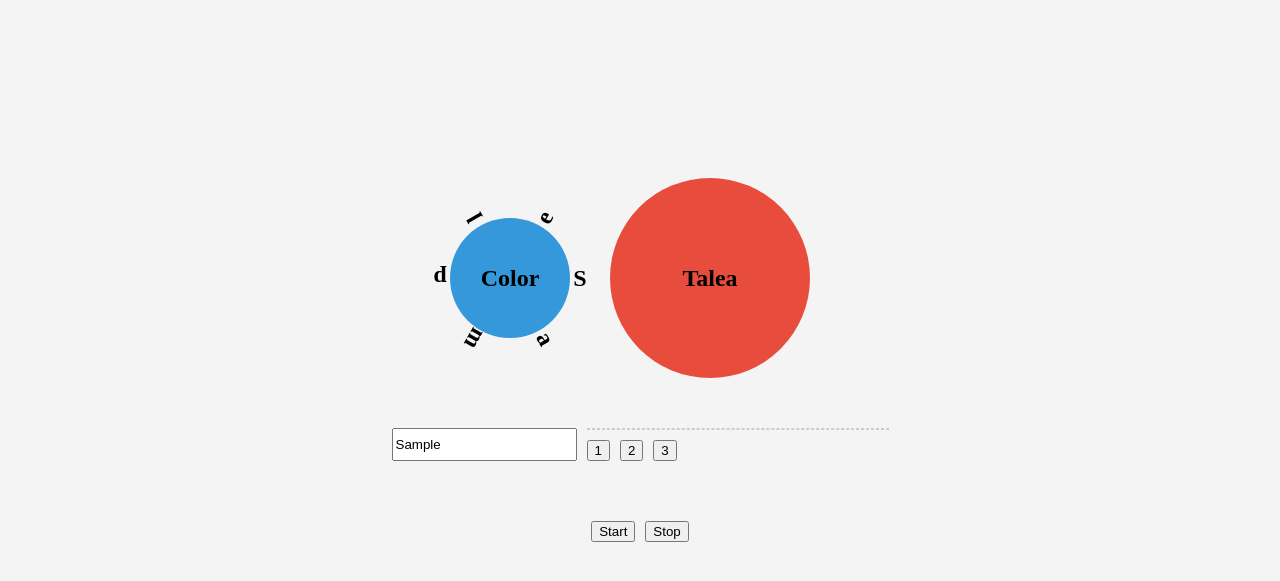
Repository: boshi-an/Isorhythm
Page: .vscode/Isorhythm/index.html
The author's editor kept a copy of each file at every save. The page is drawn from the files as they stood at one save, then again after the next save.
The browser window is 1280 px wide. The pictures show the whole page.
Empty fields were first filled with sample values (such as "Sample", 5 or name@example.com).
After loading, the first visible `#input1` was changed once.

Above is the page before, as saved 2023-10-18 23:19:39.

After the next save:
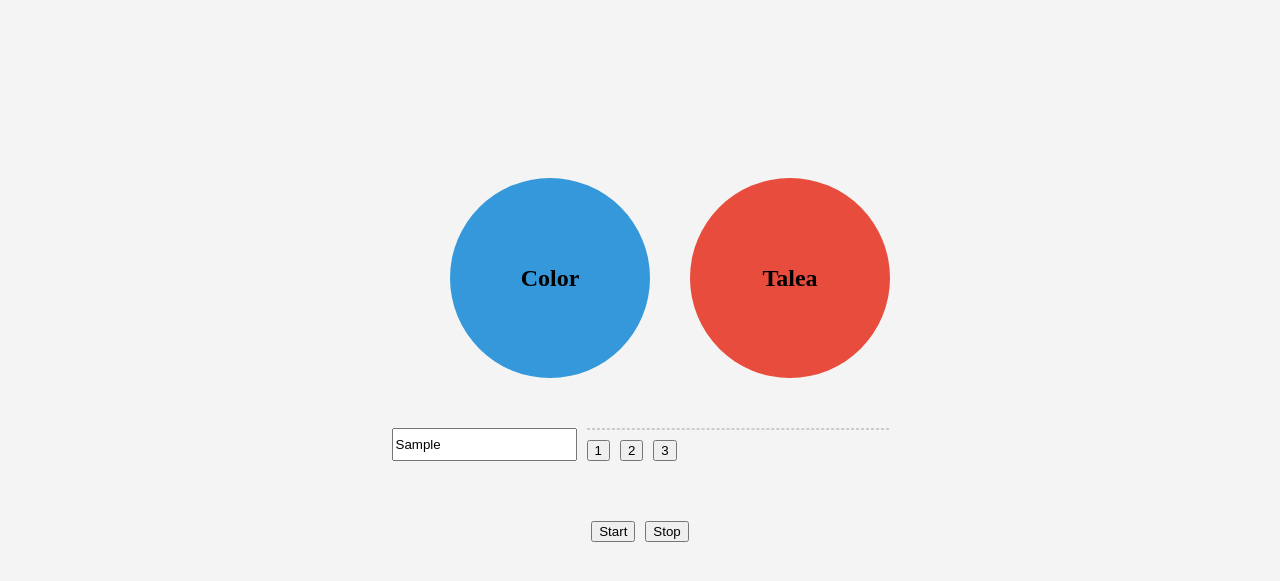
Console error: ReferenceError: inputId is not defined
Saved 70 s later.
--- a/.vscode/Isorhythm/script.js
+++ b/.vscode/Isorhythm/script.js
@@ -30,9 +30,8 @@ document.getElementById('stopBtn').addEventListener('click', () => {
     cancelAnimationFrame(animationId);
 });
 
-function updateLetters(circleId, inputId, bias) {
+function updateLetters(circleId, inputText, bias) {
     const circle = document.getElementById(circleId);
-    const inputText = document.getElementById(inputId).value;
 
     let circleR = inputText.length * 10;
     circle.style.width = `${circleR * 2}px`;
@@ -80,10 +79,19 @@ function addNote(number) {
     // alert(number);
     // document.getElementById('input2').value += number;
     // updateTalea('input2');
-    updateLetters('circle2', 'input2', 180);
+    talea.push(number);
+    const imageArea = document.getElementById('imageArea');
+
+    // Create a new img element
+    const img = document.createElement(`static/note{}.png`);
+    img.src = imageSrc;
+
+    // Append the img to the image area
+    imageArea.appendChild(img);
+    updateLetters('circle2', talea, 180);
 }
 
-document.getElementById('input1').addEventListener('input', () => updateLetters('circle1', 'input1', 0));
+document.getElementById('input1').addEventListener('input', () => updateLetters('circle1', document.getElementById(inputId).value, 0));
 // document.getElementById('input2').addEventListener('input', () => updateLetters('circle2', 'input2', 180));
 // document.getElementById('input2').addEventListener('input', () => updateTalea('input2'));
 
